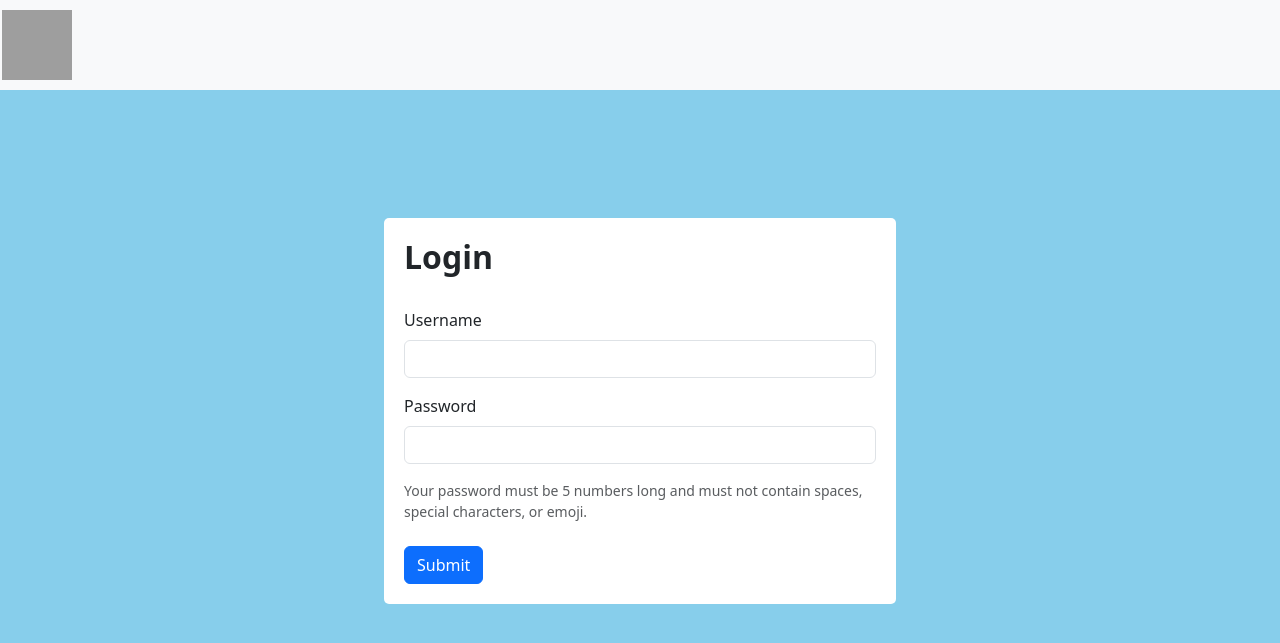
Repository: sarathraj2002/todo-list
Page: login.html
An editor plug-in stored every save of this project. The page is shown before and after a run of saves, followed by the edit.
The browser window is 1280 px wide. The pictures show the whole page.
Pictures or frames that could not be fetched are drawn as grey boxes.

Above is the page before, as saved 2024-09-05 11:46:10.

### login.html
<!DOCTYPE html>
<html lang="en">
<head>
    <meta charset="UTF-8">
    <meta name="viewport" content="width=device-width, initial-scale=1.0">
    <title>login</title>
    <link rel="stylesheet" href="bootstrap.min.css">
    <link rel="stylesheet" href="style.css">
</head>
<body>

    <nav class="navbar navbar-expand-lg bg-body-tertiary">
        <div class="container-fluid">
            <img src="https://play-lh.googleusercontent.com/92xIZAW-mdwucFX1v8kyTXlLVgZfLczHv8XCVOH1tFc0M3cTRI4q9qJLUM96PqCrgWjc" height="70px" width="70px">
          <a class="navbar-brand" href="#"></a>
          <button class="navbar-toggler" type="button" data-bs-toggle="collapse" data-bs-target="#navbarNav" aria-controls="navbarNav" aria-expanded="false" aria-label="Toggle navigation">
            <span class="navbar-toggler-icon"></span>
          </button>

        </div>
      </nav>

    <form class="form">
        <h2 style="align-text: center;"><b>Login</b></h2>
        <br>
        <div class="mb-3">
          <label for="exampleInputUsername1" class="form-label">Username</label>
          <input type="test" class="form-control" id="username" >

        </div>
        <div class="mb-3 ">
          <label for="exampleInputPassword1" class="form-label">Password</label>
          <input type="password" class="form-control" id="password">
        </div>
        <div id="passwordHelpBlock" class="form-text">
            Your password must be 5 numbers long and must not contain spaces, special characters, or emoji.
          </div>
          <br>

        <button type="submit" class="btn btn-primary">Submit</button>
      </form>

    <script src="script.js"></script>
</body>
</html>

### style.css
body{
    background-color: skyblue;
    background-size: cover;
}
.container{
    height: 100px;
    padding-top: 10%;

}
.form{
    height: 100%;
    width: 40%;
    padding: 20px;
    border-color:black;
    margin-left: 30%;
    border-radius: 5px;
    background-color: white;
    margin-top: 10%;

}
.container-fluid{
    width: 100%;
    padding: 2px;
}

Loaded but not shown: bootstrap.min.css (library); script.js (no stored copy; drawn as an empty file)

After the next 3 saves:
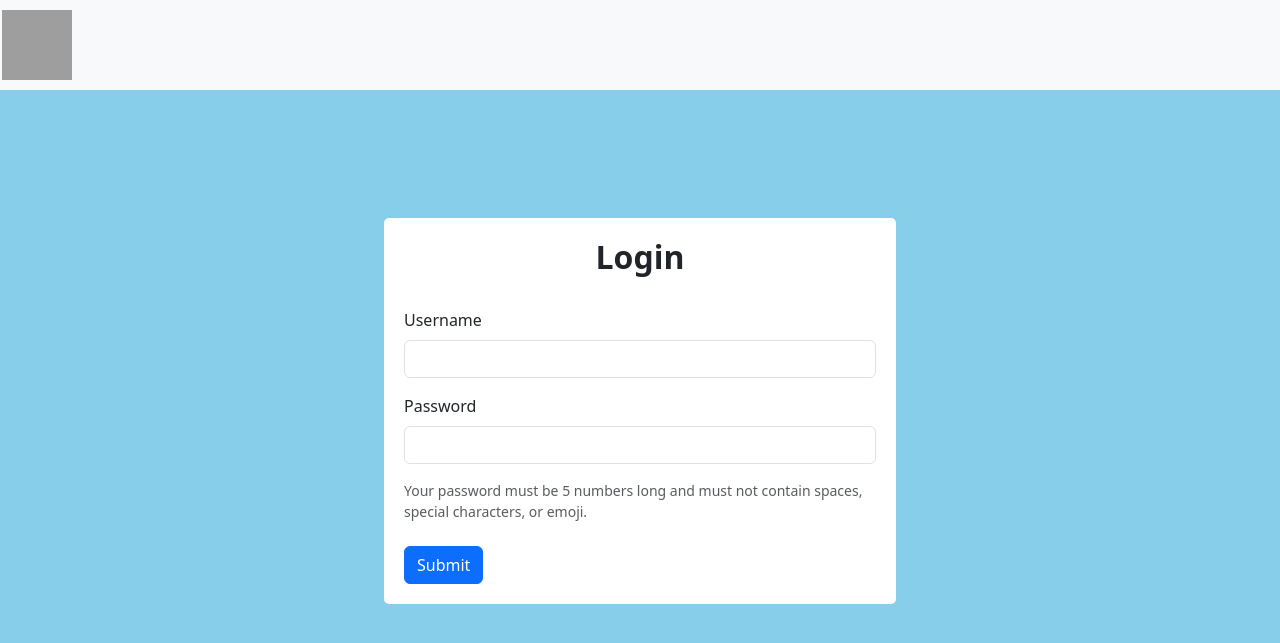
The 3 saves are shown as one change because they came seconds apart.
The last was saved 13 s later.
--- a/login.html
+++ b/login.html
@@ -21,7 +21,7 @@
       </nav>
 
     <form class="form">
-        <h2 style="align-text: center;"><b>Login</b></h2>
+        <h2 style="text-align: center;"><b>Login</b></h2>
         <br>
         <div class="mb-3">
           <label for="exampleInputUsername1" class="form-label">Username</label>
